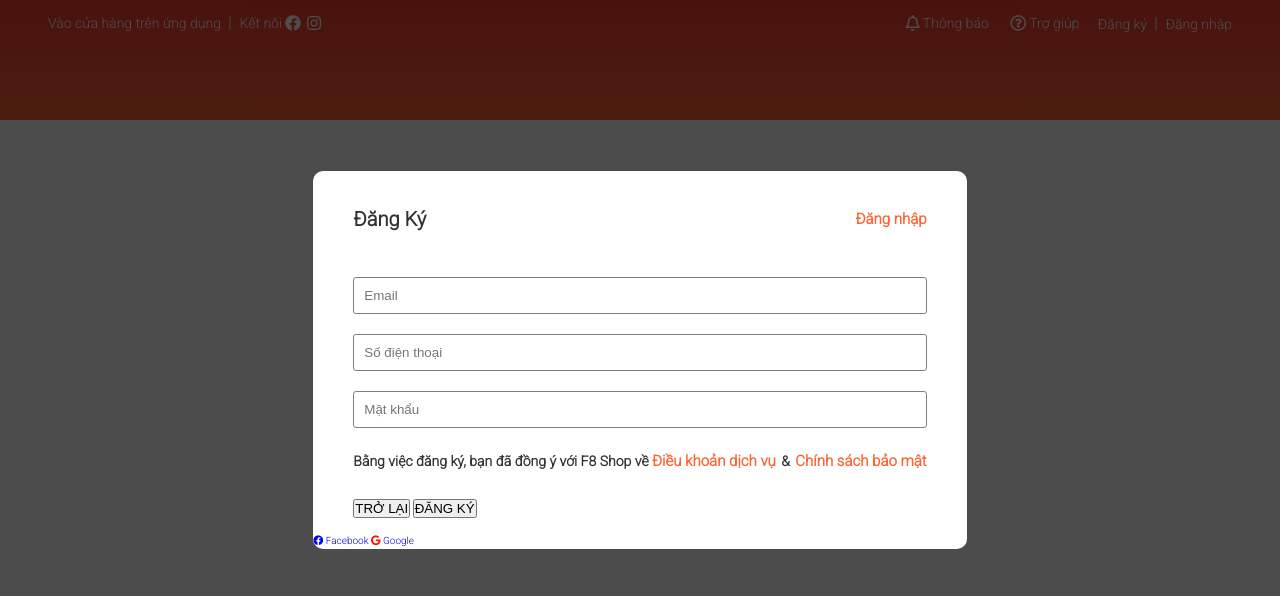
Repository: kebinh1235/Shopee-Demo
Page: index.html
An editor plug-in stored every save of this project. The page is shown before and after the next save, followed by the edit.
The browser window is 1280 px wide. The pictures show the whole page.

Above is the page before, as saved 2021-10-01 22:38:07.

### index.html
<!DOCTYPE html>
<html lang="en">

<head>
  <meta charset="UTF-8">
  <meta http-equiv="X-UA-Compatible" content="IE=edge">
  <meta name="viewport" content="width=device-width, initial-scale=1.0">
  <title>F8 Shop</title>
  <link rel="stylesheet" href="./asset/css/main.css">
  <link rel="stylesheet" href="./asset/css/base.css">
  <link rel="stylesheet" href="https://cdnjs.cloudflare.com/ajax/libs/font-awesome/5.15.4/css/all.min.css">
</head>

<body>
  <div class="app">
    <header class="header">
      <div class="grid">
        <nav class="header__navbar">
          <ul class="header__navbar-list">
            <li class="header__navbar-item header__item-separator">
              Vào cửa hàng trên ứng dụng
              <div class="header__navbar-QRCode">
                <div class="header__navbar-QRCode-img">
                  <img
                    src="https://upload.wikimedia.org/wikipedia/commons/thumb/d/d0/QR_code_for_mobile_English_Wikipedia.svg/1200px-QR_code_for_mobile_English_Wikipedia.svg.png"
                    alt="">
                </div>
                <div class="header__navbar-QRCode-social">
                  <a class="header__navbar-QRCode-link" href="#">
                    <i class="fab fa-google header__navbar-QRCode-icon-google"></i>
                    <span class="header__navbar-QRCode-title-google">Google</span>
                  </a>
                  <a class="header__navbar-QRCode-link" href="#">
                    <i class="fab fa-facebook header__navbar-QRCode-icon-facebook"></i>
                    <span class="header__navbar-QRCode-title-facebook">Facebook</span>
                  </a>
                </div>
              </div>
            </li>
            <li class="header__navbar-item">
              <span class="user__select-none">Kết nối</span>
              <a class="header__navbar-link-icon" href="#">
                <i class="fab fa-facebook header__navbar-icon"></i>
              </a>
              <a class="header__navbar-link-icon" href="#">
                <i class="fab fa-instagram header__navbar-icon"></i>
              </a>
            </li>
          </ul>
          <ul class="header__navbar-list">
            <li class="header__navbar-item">
              <a href="#" class="header__navbar-link">
                <i class="far fa-bell header__navbar-icon"></i>
                Thông báo
              </a>
              <div class="header__navbar-notification">
                <div class="header__navbar-noti-heading">
                  <h3>Thông báo nhận hàng</h3>
                </div>
                <ul class="header__navbar-noti-list">
                  <li class="header__navbar-noti-list-item header__navbar-noti-list-viewd">
                    <a class="header__navbar-noti-list-link" href="#">
                      <img src="https://www.oberlo.com/media/1603958036-new-products.jpg" alt="">
                      <div class="header_navbar-noti-content">
                        <span class="header_navbar-noti-name">Xác thực chính hãng nguồn gốc các sản phẩm Ohui</span>
                        <span class="header_navbar-noti-description">Xác thực chính hãng nguồn gốc các sản phẩm
                          Ohui</span>
                      </div>
                    </a>
                  </li>
                  <li class="header__navbar-noti-list-item header__navbar-noti-list-viewd">
                    <a class="header__navbar-noti-list-link" href="#">
                      <img src="https://www.oberlo.com/media/1603958036-new-products.jpg" alt="">
                      <div class="header_navbar-noti-content">
                        <span class="header_navbar-noti-name">Xác thực chính hãng nguồn gốc các sản phẩm Ohui</span>
                        <span class="header_navbar-noti-description">Xác thực chính hãng nguồn gốc các sản phẩm
                          Ohui</span>
                      </div>
                    </a>
                  </li>
                  <li class="header__navbar-noti-list-item">
                    <a class="header__navbar-noti-list-link" href="#">
                      <img src="https://www.oberlo.com/media/1603958036-new-products.jpg" alt="">
                      <div class="header_navbar-noti-content">
                        <span class="header_navbar-noti-name">Xác thực chính hãng nguồn gốc các sản phẩm Ohui</span>
                        <span class="header_navbar-noti-description">Xác thực chính hãng nguồn gốc các sản phẩm
                          Ohui</span>
                      </div>
                    </a>
                  </li>
                </ul>
                <div class="header__navbar-noti-footer">
                  <a class="header__navbar-noti-footer-link" href="#">Xem tất cả</a>
                </div>
              </div>
            </li>
            <li class="header__navbar-item">
              <a href="#" class="header__navbar-link">
                <i class="far fa-question-circle header__navbar-icon"></i>
                Trợ giúp
              </a>
            </li>
            <li class="header__navbar-item">
              <a href="#" class="header__navbar-link header__item-bold header__item-separator">Đăng ký</a>
            </li>
            <li class="header__navbar-item">
              <a href="#" class="header__navbar-link header__item-bold">Đăng nhập</a>
            </li>
          </ul>
        </nav>
      </div>
    </header>

    <div class="container">

    </div>

    <div class="footer">

    </div>
    <!--Modal-->
    <div class="modal">
      <div class="modal__overlay"></div>
      <div class="modal__body">
        <div class="modal__inner">
          <div class="auth__form">
            <div class="auth__form-padding">
              <div class="auth__form-header">
                  <h3 class="auth__form-heading">Đăng Ký</h3>
                  <span class="authb__form-btn-switch">Đăng nhập</span>
              </div>
              <div class="auth__form-form">
                <div class="auth__form-group">
                  <input class="auth__form-input" type="text" placeholder="Email">
                </div>
                <div class="auth__form-group">
                  <input class="auth__form-input" type="text" placeholder="Số điện thoại">
                </div>
                <div class="auth__form-group">
                  <input class="auth__form-input" type="text" placeholder="Mật khẩu">
                </div>
              </div>
              <div class="auth__form-note">
                <p class="auth_form-text">
                  Bằng việc đăng ký, bạn đã đồng ý với F8 Shop về
                  <a class="auth__form-note-link" href="#">Điều khoản dịch vụ</a>
                  <span class="auth__form-note-icon">&</span>
                  <a class="auth__form-note-link" href="#">Chính sách bảo mật</a>
                </p>
              </div>
              <div class="auth__form-controls">
                <button class="btn">TRỞ LẠI</button>
                <button class="btn btn-primary">ĐĂNG KÝ</button>
              </div>
            </div>
            <div class="auth__form-social">
              <a href="#" class="btn btn-with-icon">
                <i class="fab fa-facebook header__navbar-QRCode-icon-facebook"></i>
                Facebook
              </a>
              <a href="#" class="btn btn-with-icon">
                <i class="fab fa-google header__navbar-QRCode-icon-google"></i>
                Google
              </a>
            </div>
          </div>
        </div>
      </div>
    </div>
  </div>
</body>

</html>

### asset/css/main.css
.header {
  height: 120px;
  background: linear-gradient(0, #fe6433, #f53e2d)
}
.header__navbar {
  display: flex;
  justify-content: space-between;
  padding: 10px 0;
}
.header__navbar-QRCode{
  background: white;
  height: 200px;
  position: absolute;
  top: 30px;
  padding: 10px;
  display: none;
  animation: fadeIn ease-out .8s;
}
.header__navbar-item:hover .header__navbar-QRCode {
  display: block;
}
.header__navbar-item:hover .header__navbar-notification {
  display: block;
}
.header__navbar-QRCode-img{
  width: 160px;
}
.header__navbar-QRCode-img img {
  width: 100%;
}
.header__navbar-QRCode-social {
  display: flex;
  align-items: center;
  justify-content: space-between;
}
.header__navbar-QRCode-social:before {
  content: '';
  position: absolute;
  top: -8px;
  left: 0;
  width: 100%;
  height: 10px;
  background: transparent;
}
.header__navbar-QRCode-link {
  font-size: 1.4rem;
  color: var(--text-color);
}
.header__navbar-QRCode-title-google:hover {
  color: #ff1100;
  transition: var(--transition-primary);
}
.header__navbar-QRCode-title-facebook:hover {
  color: blue;
  transition: var(--transition-primary);
}
.header__navbar-QRCode-icon-google {
  color: #ff1100;
}
.header__navbar-QRCode-icon-facebook {
  color: blue;
}
.header__navbar-list {
  list-style: none;
}
.header__navbar-item {
  margin: 0 8px;
  position: relative;
  min-height: 26px;
}
.header__item-separator::after {
  content: '';
  position: absolute;
  right: -10px;
  top: 50%;
  transform: translateY(-50%);
  height: 12px;
  border: 1px solid #FB9086;
}
.header__navbar-item,
.header__navbar-link {
  display: inline-block;
  font-size: 1.4rem;
  color: var(--white-color);
  text-decoration: none;
  font-weight: 300;
}
.header__navbar-item:hover,
.header__navbar-link:hover,
.header__navbar-link-icon:hover {
  cursor: pointer;
  color: rgba(255, 255, 255, 0.7);
}
.header__navbar-item,
.header__navbar-link,
.header__navbar-link-icon {
  display: inline-flex;
  align-items: center;
}
.header__navbar-link-icon {
  color: var(--white-color);
}
.header__navbar-icon {
  font-size: 1.6rem;
  margin: 0 3px;
}
.header__item-bold {
  font-weight: 500;
}
.user__select-none {
  cursor: text;
  color: var(--white-color);
}
.header__navbar-notification{
  position: absolute;
  top: 35px;
  right: 0;
  width: 404px;
  background: var(--white-color);
  display: none;
  box-shadow: rgba(0, 0, 0, 0.16) 0px 1px 4px;
  animation: growthUp ease-in .3s;
  will-change: opacity, transform, scale;
  transform-origin: calc(100% - 20px) top;
}
.header__navbar-notification:before {
  content: "";
  position: absolute;
  top: -10px;
  right: 0;
  width: 100%;
  background: transparent;
  height: 15px;
}
.header__navbar-notification:after {
  content: "";
  position: absolute;
  top: -32px;
  right: 10px;
  border: 20px solid #000;
  border-color: transparent transparent var(--white-color) transparent;
}
.header__navbar-noti-heading{
  padding: 10px;
  box-shadow: rgba(0, 0, 0, 0.16) 0px 1px 4px;
  cursor: default;
}
.header__navbar-noti-heading h3 {
  font-size: 1.6rem;
  color: var(--text-color);
}
.header__navbar-noti-list{
  list-style: none;
  box-shadow: rgba(0, 0, 0, 0.16) 0px 1px 1px;
}
.header__navbar-noti-list-item{
  padding: 8px 10px;
}
.header__navbar-noti-list-viewd{
  background: #ffe3e3;
}
.header__navbar-noti-list-item:hover{
  background: #f3c8c8;
  transition: var(--transition-primary);
}
.header__navbar-noti-list-link{
  display: inline-flex;
  align-items: center;
}
.header__navbar-noti-list-link img{
  width: 60px;
  object-fit: contain;
}
.header_navbar-noti-content{
  padding-left: 10px;
}
.header_navbar-noti-name{
  font-size: 1.4rem;
  font-weight: bold;
  color: var(--text-color);
  margin-bottom: 5px;
  line-height: 2rem;
  text-align: justify;
  display: block;
}
.header_navbar-noti-description{
  font-size: 1.3rem;
  color: var(--text-color-rgb-black);
  display: block;
}
.header__navbar-noti-footer{
  padding: 10px;
  text-align: center;
  box-shadow: rgba(0, 0, 0, 10px) 0px 1px 1px;
}
.header__navbar-noti-footer-link{
  color: var(--text-color-rgb-black);
}

/*Start Modal*/
.modal{
  position: fixed;
  /* top: 0;
  right: 0;
  bottom: 0;
  left: 0; */
  inset: 0;
  display: flex;
}
.modal__overlay{
  position: absolute;
  width: 100%;
  height: 100%;
  background: rgba(0, 0, 0, 0.7);
}
.modal__body{
  margin: auto;
  background: var(--white-color);
  overflow: hidden;
  z-index: 1;
  border-radius: 10px;
}
.modal__inner{
  padding: 0;
}
.auth__form-padding {
  padding: 0 40px;
}
.auth__form-header{
  display: flex;
  justify-content: space-between;
  align-items: center;
  padding: 40px 0;
}
.auth__form-heading{
  font-size: 2rem;
  color: var(--text-color);
  font-weight: bold;
}
.authb__form-btn-switch{
  font-size: 1.5rem;
  color: var(--primary-color);
  font-weight: bold;
}
.auth__form-group{
  padding: 10px 0;
  width: 100%;
}
.auth__form-input {
  width: 100%;
  padding: 10px;
  border-radius: 3px;
  overflow: hidden;
  border: 1px solid gray;
}
.auth__form-input:focus {
  outline: none;
}
.auth__form-note{
  font-size: 1.4rem;
  color: var(--text-color);
  font-weight: bold;
  padding: 15px 0;
}
.auth__form-note-link {
  color: var(--primary-color);
  font-size: 1.5rem;
}
.auth__form-note-icon {
  margin: 0 2px;
}
.auth__form-controls{
  padding: 15px 0;
}
.btn {

}
.btn-primary {

}
.auth__form-social{

}

/*End Modal*/

### asset/css/base.css
@import url('https://fonts.googleapis.com/css2?family=Roboto:wght@300&display=swap');
:root {
  --white-color: #fff;
  --black-color: #000;
  --primary-color: #fe6433;
  --text-color: #333;
  --text-color-rgb-black: rgba(0, 0, 0, 0.7);
  --transition-primary: all .2s linear;
  --btn-primary: linear-gradient(0, #fe6433, #f53e2d);
}

* {
  margin: 0;
  padding: 0;
  box-sizing: inherit;
  text-decoration: none;
}

html {
  font-size: 62.5%;
  line-height: 1.6rem;
  border: none;
  outline: none;
  overflow: hidden;
  box-sizing: border-box;
  font-family: 'Roboto', sans-serif;
}

.grid {
  width: 1200px;
  max-width: 100%;
  margin: 0 auto;
}

.grid__full-width {
  width: 100%;
}

.grid__row {
  display: flex;
  flex-wrap: wrap;
}

/*Animation*/
@keyframes fadeIn {
  0% {
    opacity: 0;
  }
  100% {
    opacity: 1;
  }
}

@keyframes growthUp {
  0% {
    opacity: 0;
    transform: scale(0);
  }
  100% {
    opacity: 1;
    transform: scale(1);
  }
}

After the next save:
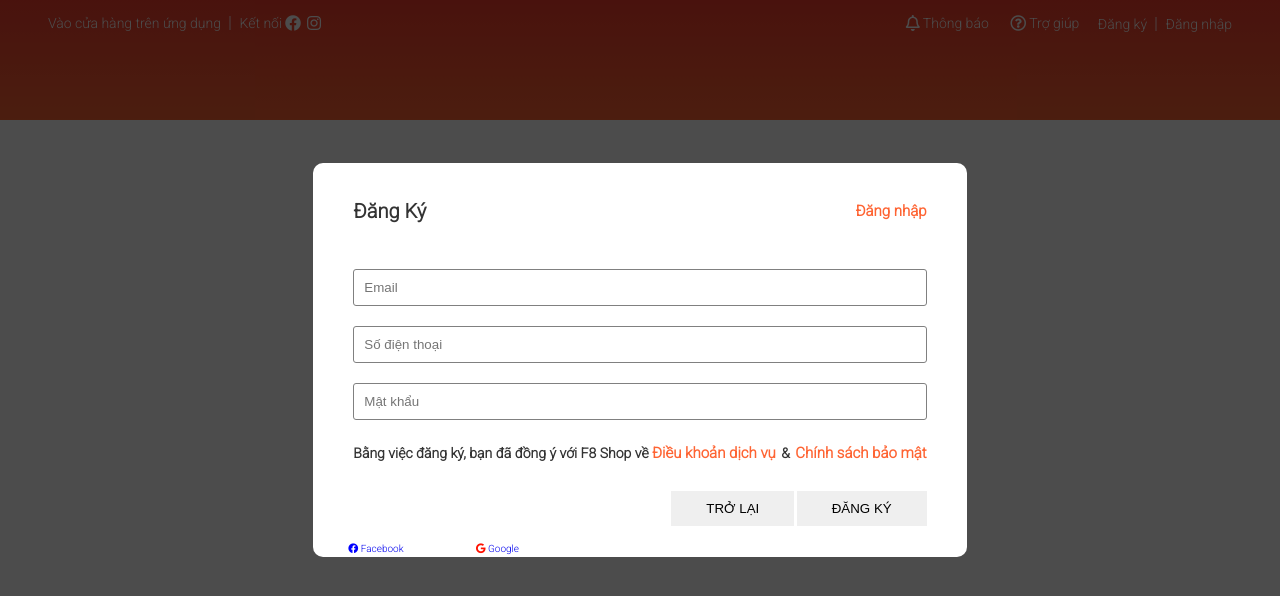
Saved 2 min 20 s later.
--- a/asset/css/main.css
+++ b/asset/css/main.css
@@ -271,9 +271,11 @@
 }
 .auth__form-controls{
   padding: 15px 0;
+  text-align: right;
 }
 .btn {
-
+  padding: 10px 35px;
+  border: none;
 }
 .btn-primary {
 
